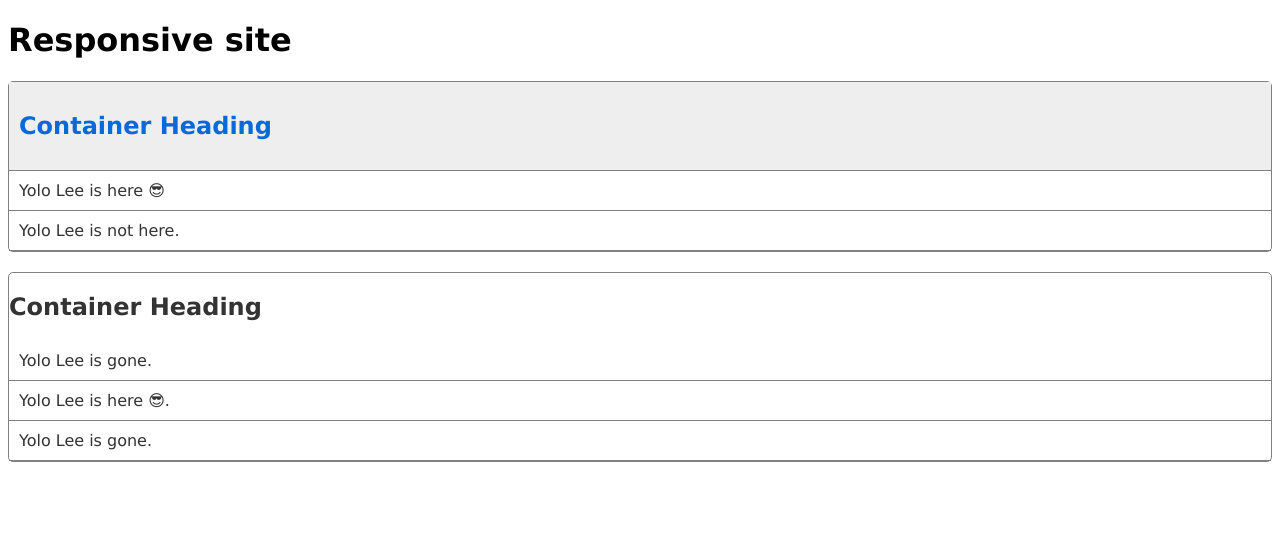
Repository: HyunJunggggg/MDIA2109
Page: inclass/week6/index.html
These files come from the project's save history. The page is drawn as it stood at one moment and after a run of saves; the edit follows.
The browser window is 1280 px wide. The pictures show the whole page.

Above is the page before, as saved 2025-02-13 14:42:05.

After the next 5 saves:
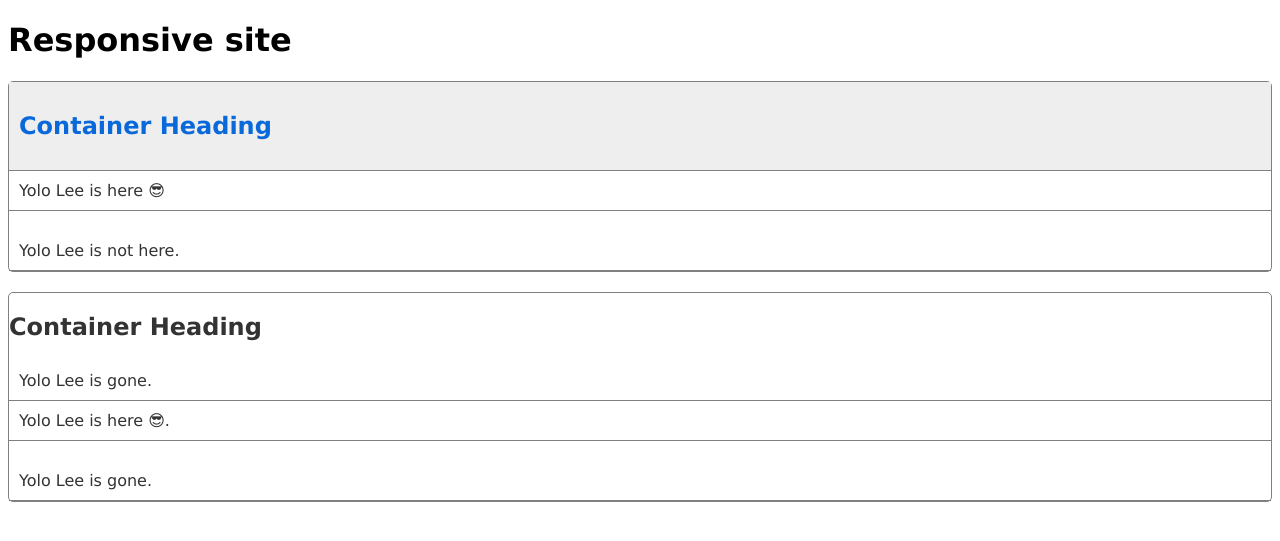
The 5 saves are shown as one change because they came seconds apart.
The last was saved 27 s later.
--- a/inclass/week6/css/style.css
+++ b/inclass/week6/css/style.css
@@ -28,4 +28,7 @@ html{
   padding: 10px;
   border-bottom: 1px solid gray;
 
+  &:last-child {
+  margin-top: 20px;
 }
+}
